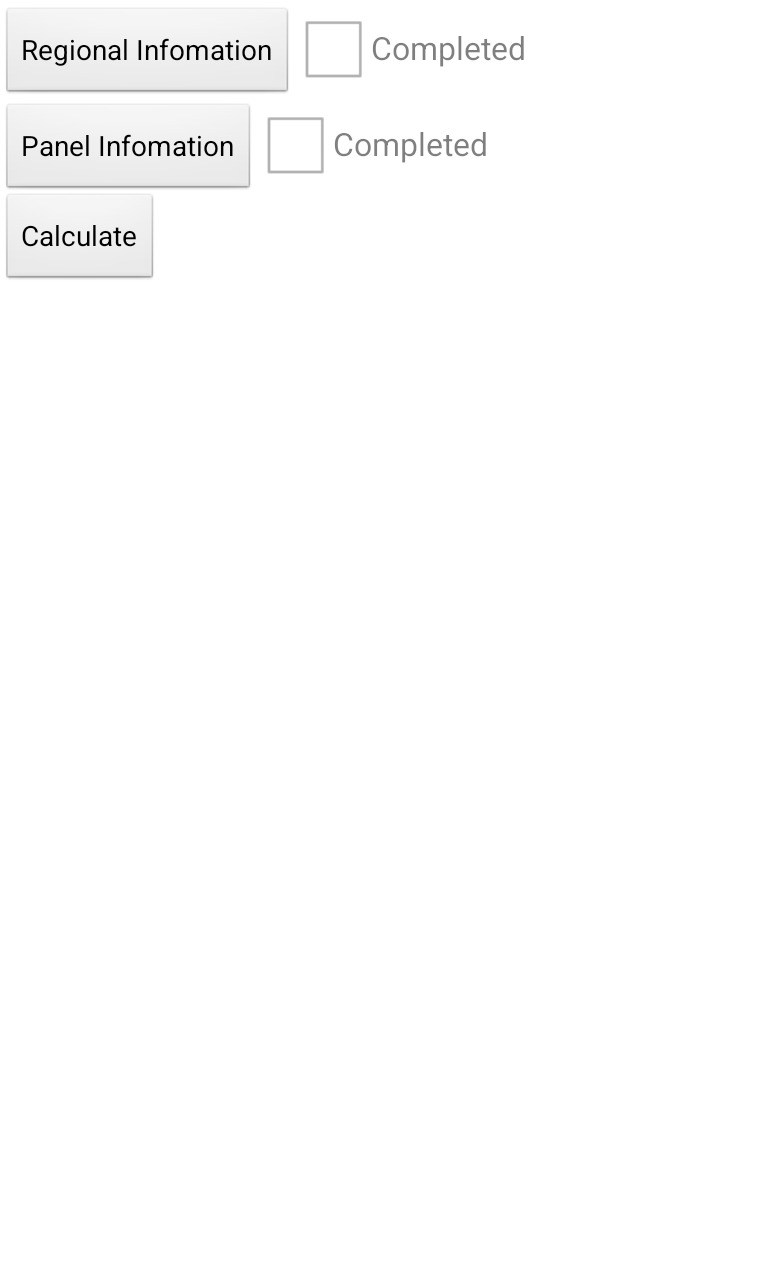
Repository: INBASD/Solar-Power-Project
Layout: Solar power calculator android/res/layout/menu.xml
The author's editor kept a copy of each file at every save. The layout is drawn from the files as they stood at one save, then again after the next save.
It is drawn on a 768 x 1280 px phone screen (xhdpi) without system bars, with theme AppTheme; the app's code is not run.

Above is the layout before, as saved 2012-09-08 04:34:05.

After the next save:
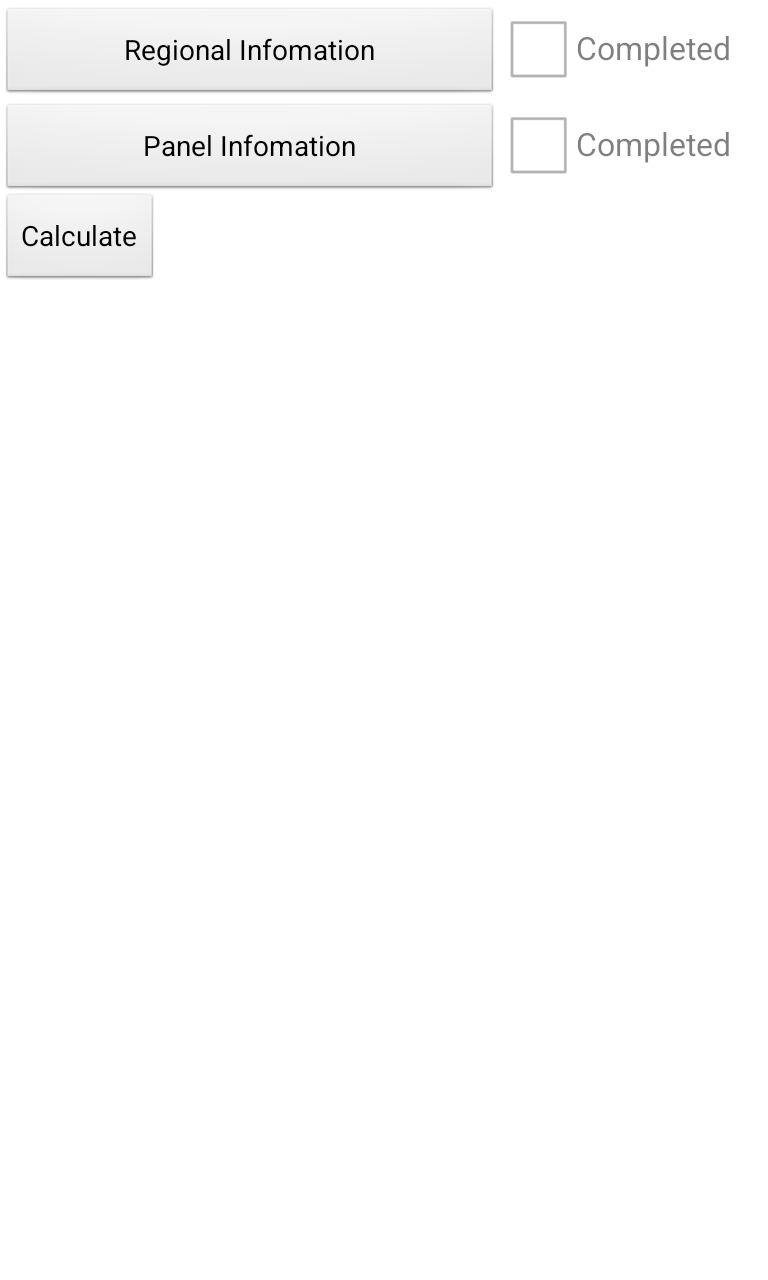
Saved 7 min 48 s later.
--- a/Solar power calculator android/res/layout/menu.xml
+++ b/Solar power calculator android/res/layout/menu.xml
@@ -10,7 +10,7 @@
 
         <Button
             android:id="@+id/button1"
-            android:layout_width="wrap_content"
+            android:layout_width="250dp"
             android:layout_height="wrap_content"
             android:text="@string/areaInfo" />
 
@@ -29,7 +29,7 @@
 
         <Button
             android:id="@+id/button2"
-            android:layout_width="wrap_content"
+            android:layout_width="250dp"
             android:layout_height="wrap_content"
             android:text="@string/pnlInfo" />
 
